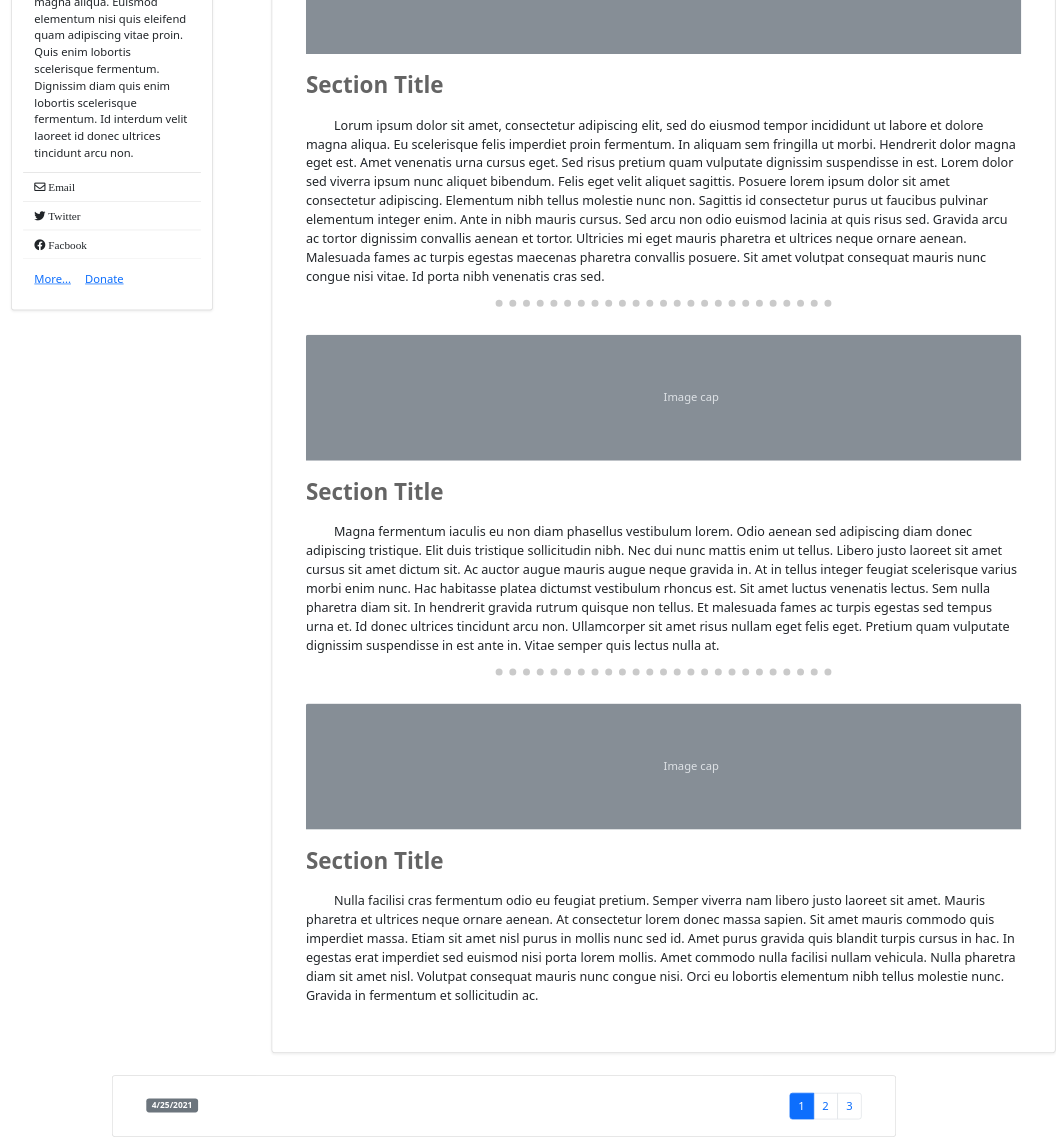
Repository: LublubXT/Azi-Tec-Team
Page: views/templates/blogs/personalblog/home.html
The author's editor kept a copy of each file at every save. The page is drawn from the files as they stood at one save, then again after the next save.
The browser window is 1280 px wide. The page is 1508 px wide, so the pictures cover 1508 px, including what lies to the right of the window. The pictures show the part of the page from y = 1073 to 2713 px (the page is 2713 px tall), at 70% of full size.

Above is the page before, as saved 2021-03-11 12:25:23.

After the next save:
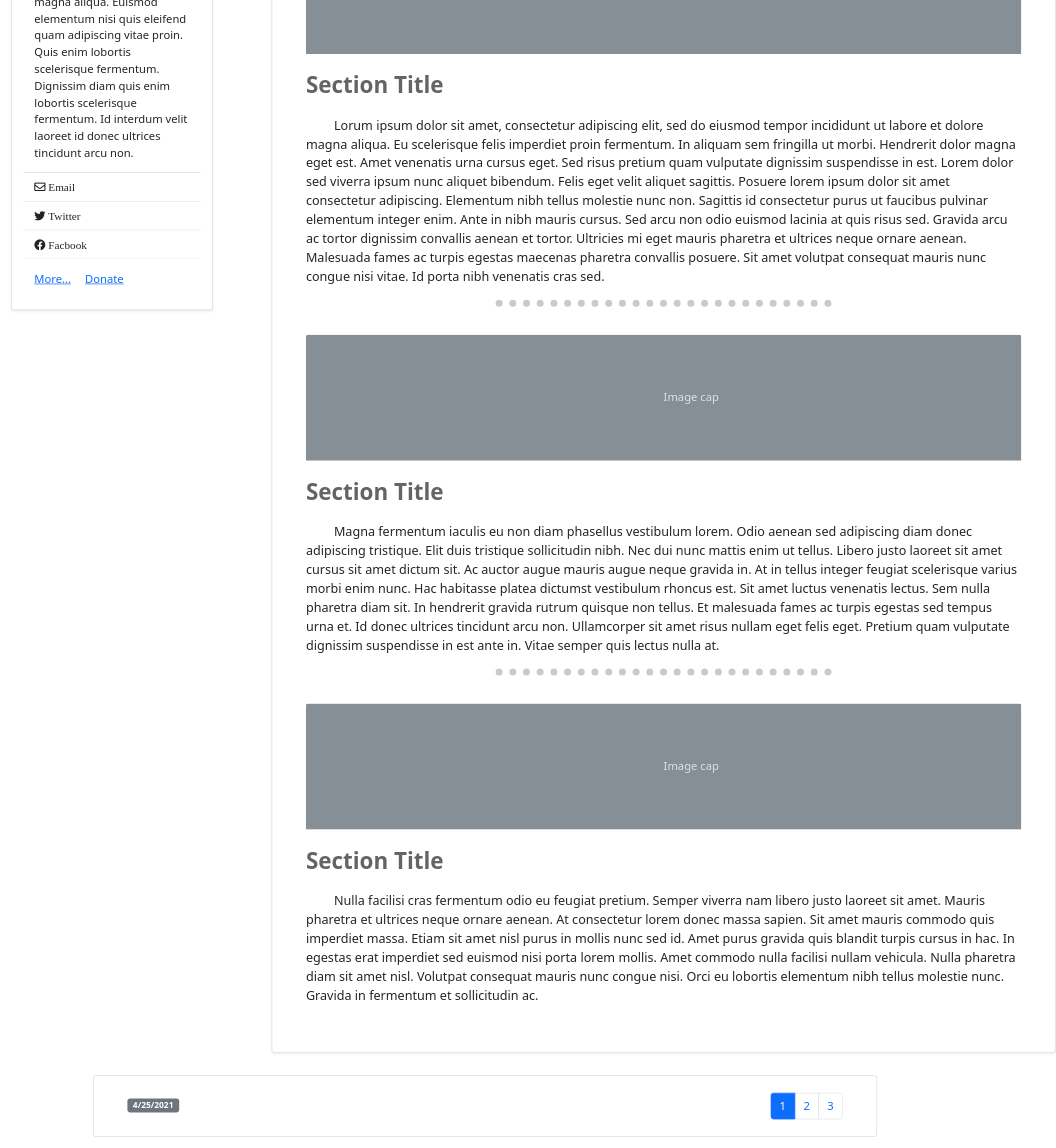
Saved 13 s later.
--- a/views/templates/blogs/personalblog/home.html
+++ b/views/templates/blogs/personalblog/home.html
@@ -167,7 +167,7 @@
                     </p>
                 </div>
             </div>
-            <div class="container card float-end my-3 py-2 px-5" style="margin: auto; margin-left: 27px; width: 70rem">
+            <div class="container card float-end my-3 py-2 px-5" style="margin: auto; margin-right: 27px; width: 70rem">
                 <div class="row">
                     <div class="col">
 
